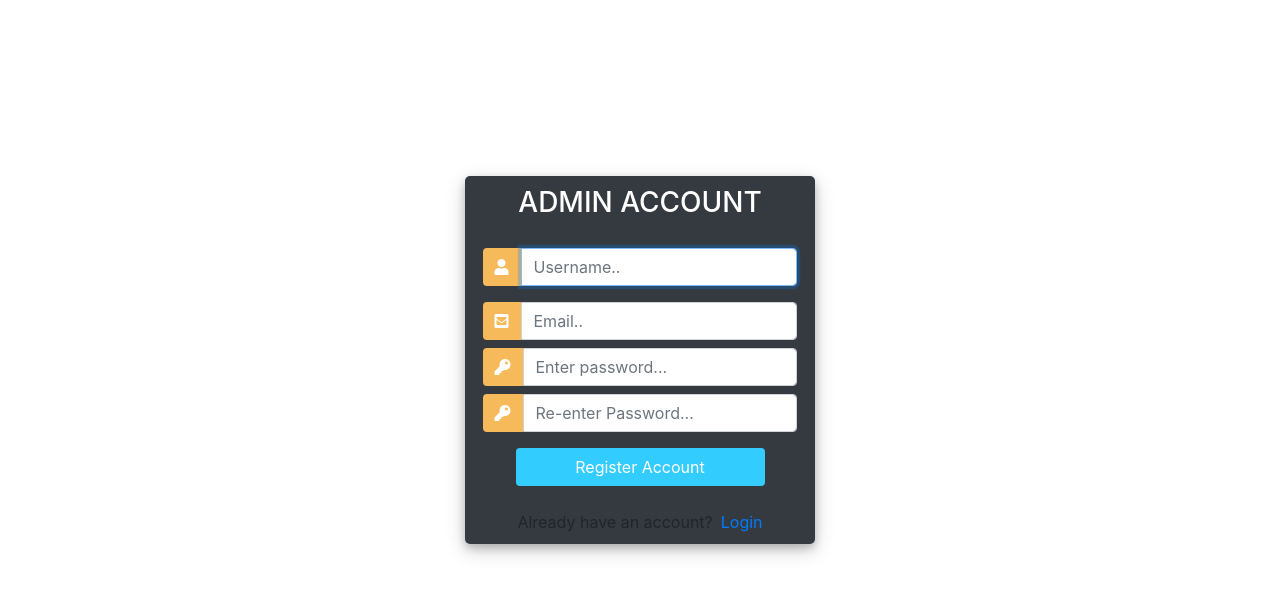
Repository: Abdaljawad-Aya/login-register-auth-validation-Django
Page: http://localhost/register/
The author's editor kept a copy of each file at every save. The page is drawn from the files as they stood at one save, then again after the next save.
The browser window is 1280 px wide. The pictures show the whole page.
Some web libraries are served in a nearby version. The page is served by the project's application, run on Django 3.2 (project8/manage.py). Other server files are loaded and not shown.

Above is the page before, as saved 2021-03-11 22:21:20.

### project8/project8/templates/register.html
<!DOCTYPE html>
<html>

<head>
	<title>Login</title>
	<link rel="stylesheet" href="https://stackpath.bootstrapcdn.com/bootstrap/4.1.3/css/bootstrap.min.css" integrity="sha384-MCw98/SFnGE8fJT3GXwEOngsV7Zt27NXFoaoApmYm81iuXoPkFOJwJ8ERdknLPMO" crossorigin="anonymous">
	<script src="https://ajax.googleapis.com/ajax/libs/jquery/3.3.1/jquery.min.js"></script>
	<link rel="stylesheet" href="https://use.fontawesome.com/releases/v5.6.1/css/all.css" integrity="sha384-gfdkjb5BdAXd+lj+gudLWI+BXq4IuLW5IT+brZEZsLFm++aCMlF1V92rMkPaX4PP" crossorigin="anonymous">

	<style>
		body,
		html {
			margin: 0;
			padding: 0;
			height: 100%;
			background: white !important;
		}
		.user_card {
			width: 350px;
			margin-top: auto;
			margin-bottom: auto;
			background: #353a40;
			position: relative;
			display: flex;
			justify-content: center;
			flex-direction: column;
			padding: 10px;
			box-shadow: 0 4px 8px 0 rgba(0, 0, 0, 0.2), 0 6px 20px 0 rgba(0, 0, 0, 0.19);
			-webkit-box-shadow: 0 4px 8px 0 rgba(0, 0, 0, 0.2), 0 6px 20px 0 rgba(0, 0, 0, 0.19);
			-moz-box-shadow: 0 4px 8px 0 rgba(0, 0, 0, 0.2), 0 6px 20px 0 rgba(0, 0, 0, 0.19);
			border-radius: 5px;

		}

		.form_container {
			margin-top: 20px;
		}

		#form-title{
			color: #fff;
		}
		.login_btn {
			width: 100%;
			background: #33ccff !important;
			color: white !important;
		}
		.login_btn:focus {
			box-shadow: none !important;
			outline: 0px !important;
		}
		.login_container {
			padding: 0 2rem;
		}
		.input-group-text {
			background: #f7ba5b !important;
			color: white !important;
			border: 0 !important;
			border-radius: 0.25rem 0 0 0.25rem !important;
		}
		.input_user,
		.input_pass:focus {
			box-shadow: none !important;
			outline: 0px !important;
		}

	</style>

</head>
<body>
	<div class="container h-100">
		<div class="d-flex justify-content-center h-100">
			<div class="user_card">
				<div class="d-flex justify-content-center">
					<h3 id="form-title">ADMIN ACCOUNT</h3>
				</div>
				<div class="d-flex justify-content-center form_container">

					<form method="POST" action="">
            {% csrf_token %}

						<div class="input-group mb-3">
							<div class="input-group-append">
								<span class="input-group-text"><i class="fas fa-user"></i></span>
							</div>
							{{form.username}}
						</div>
						<div class="input-group mb-2">
							<div class="input-group-append">
								<span class="input-group-text"><i class="fas fa-envelope-square"></i></span>
							</div>
							  {{form.email}}

						</div>
						<div class="input-group mb-2">
							<div class="input-group-append">
								<span class="input-group-text"><i class="fas fa-key"></i></span>
							</div>
							  {{form.password1}}
						</div>
						<div class="input-group mb-2">
							<div class="input-group-append">
								<span class="input-group-text"><i class="fas fa-key"></i></span>
							</div>
							 {{form.password2}}
						</div>

				   		<div class="d-flex justify-content-center mt-3 login_container">
				 			<input class="btn login_btn" type="submit" value="Register Account">
				   		</div>
					</form>
				</div>

				<div class="mt-4">
					<div class="d-flex justify-content-center links">
						Already have an account? <a href="{% url 'login' %}" class="ml-2">Login</a>
					</div>
				</div>
			</div>
		</div>
	</div>
	<script>
						/* Because i didnt set placeholder values in forms.py they will be set here using vanilla Javascript
		//We start indexing at one because CSRF_token is considered and input field
		 */

		//Query All input fields
		var form_fields = document.getElementsByTagName('input')
		form_fields[1].placeholder='Username..';
		form_fields[2].placeholder='Email..';
		form_fields[3].placeholder='Enter password...';
		form_fields[4].placeholder='Re-enter Password...';


		for (var field in form_fields){
			form_fields[field].className += ' form-control'
		}
	</script>
</body>
</html>



{% comment %} <h1>register</h1>


<form method="POST" action>
  {% csrf_token %}
  {{form.username.label}}
  {{form.username}}

  {{form.email.label}}
  {{form.email}}

  {{form.password1.label}}
  {{form.password1}}

  {{form.password2.label}}
  {{form.password2}}
     <input type="submit" name="Create User">
</form> {% endcomment %}

### project8/project8/App/forms.py
from django.forms import ModelForm
from django.contrib.auth.forms import UserCreationForm
from django.contrib.auth.models import User
from django import forms

from .models import Data_Source



class OrderForm(ModelForm):
  class Meta:
          model  = Data_Source
          fields = '__all__'

class CreateUserForm(UserCreationForm):
    class Meta:
          model  = User
          fields = ['username','email','password1','password2']

### project8/project8/App/views.py
from django.shortcuts import render
from django.contrib.auth.forms import UserCreationForm


# Create your views here.
from .models import *
from .forms import OrderForm, CreateUserForm
from .filters import OrderFilters


def registerPage(request):
    form = CreateUserForm()

    if request.method == 'POST':
        form = CreateUserForm(request.POST)
        if form.is_valid():
              form.save()

    context ={'form':form}
    return render(request, '../templates/register.html', context)


def loginPage(request):
    context ={}
    return render(request, '../templates/login.html', context)

def index(request):
    return render(request , "index.html")

### project8/project8/project8/urls.py
"""project8 URL Configuration

The `urlpatterns` list routes URLs to views. For more information please see:
    https://docs.djangoproject.com/en/3.1/topics/http/urls/
Examples:
Function views
    1. Add an import:  from my_app import views
    2. Add a URL to urlpatterns:  path('', views.home, name='home')
Class-based views
    1. Add an import:  from other_app.views import Home
    2. Add a URL to urlpatterns:  path('', Home.as_view(), name='home')
Including another URLconf
    1. Import the include() function: from django.urls import include, path
    2. Add a URL to urlpatterns:  path('blog/', include('blog.urls'))
"""
from django.contrib import admin
from django.urls import path
from App import views

urlpatterns = [
    path('register/', views.registerPage, name="register"),
    path('login/', views.loginPage, name="login"),

    path('admin/', admin.site.urls),
    path('', views.index),
]

After the next save:
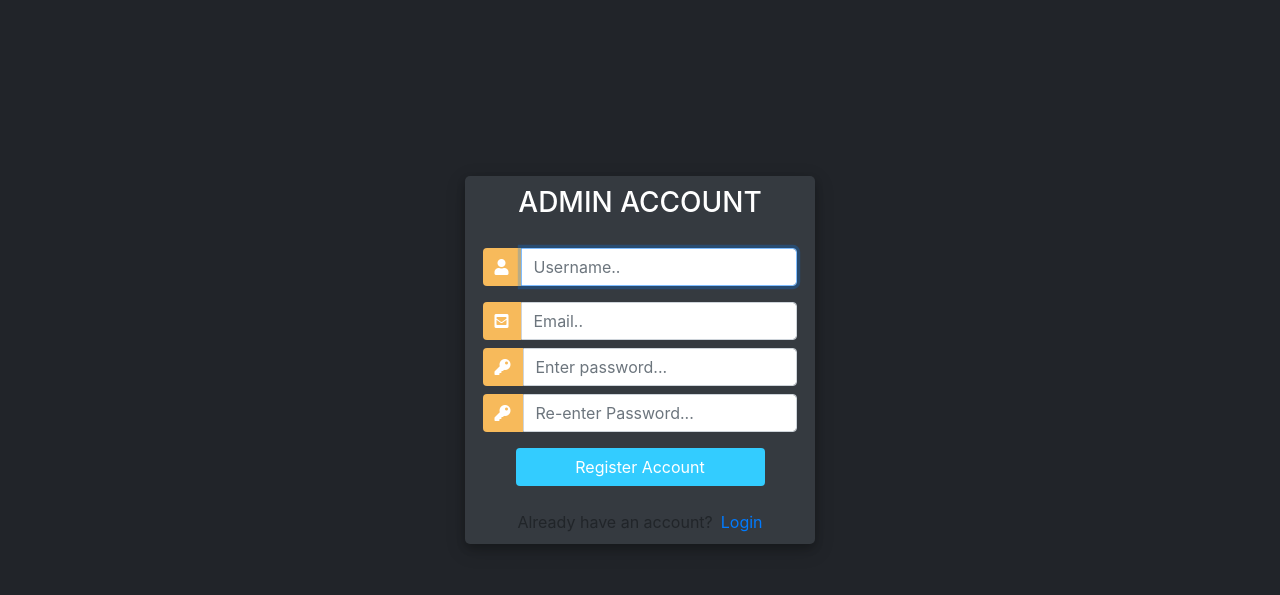
Saved 34 s later.
--- a/project8/project8/templates/register.html
+++ b/project8/project8/templates/register.html
@@ -13,7 +13,7 @@
 			margin: 0;
 			padding: 0;
 			height: 100%;
-			background: white !important;
+			background: #212429 !important;
 		}
 		.user_card {
 			width: 350px;
